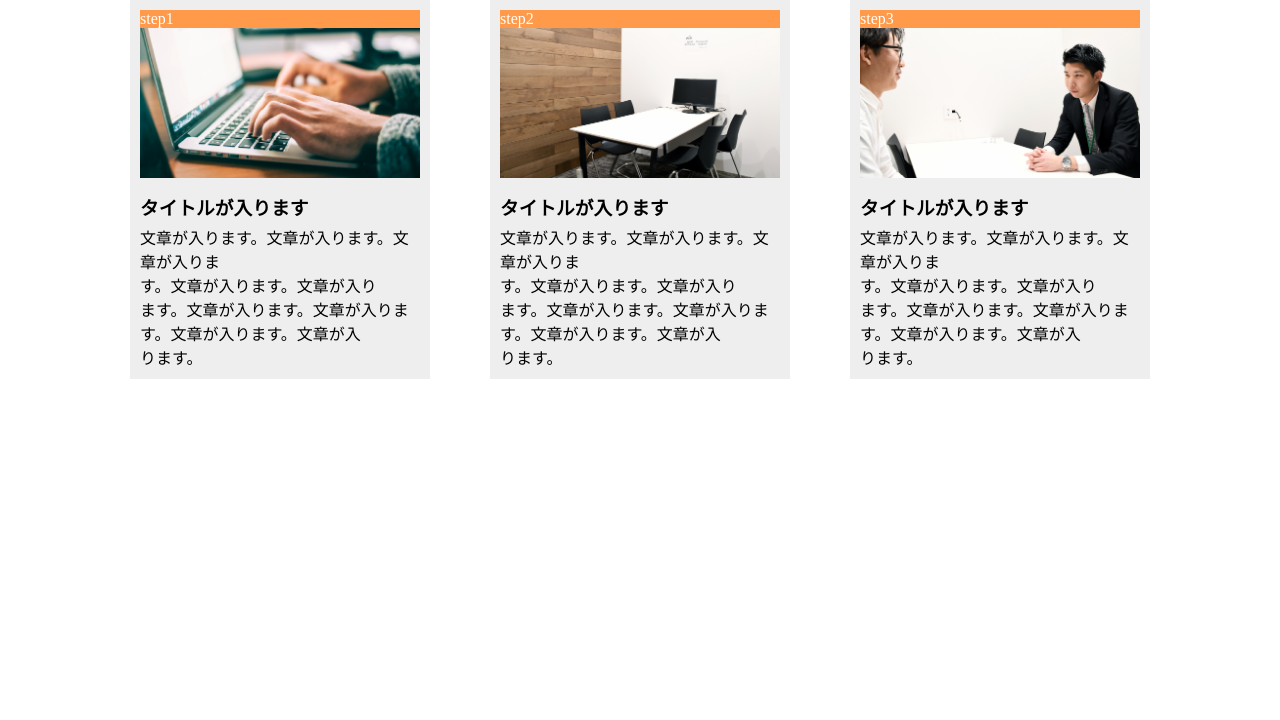
Repository: ryosei-110/HTML-CSS-
Page: 1-9exercise/1-9-2.html
The author's editor kept a record of every edit. The page is drawn from the files as they stood at one moment, then again after the next edit.
The browser window is 1280 px wide. The pictures show the whole page.

Above is the page before.

After the next edit:
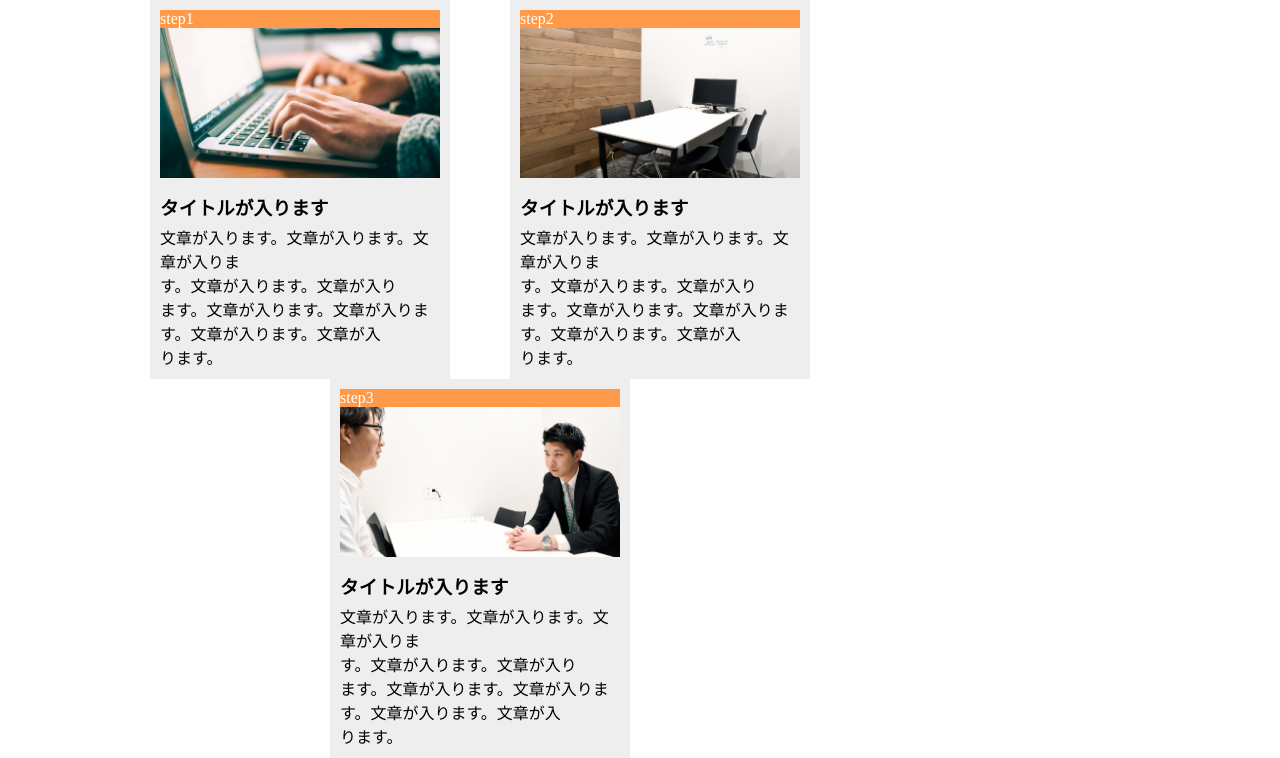
The edit:
--- a/1-9exercise/1-9-2.css
+++ b/1-9exercise/1-9-2.css
@@ -19,7 +19,7 @@
 }
 
 main {
-  width: 100%;
+  width: 960px;
   height: auto;
   display: flex;
   flex-wrap:wrap;
